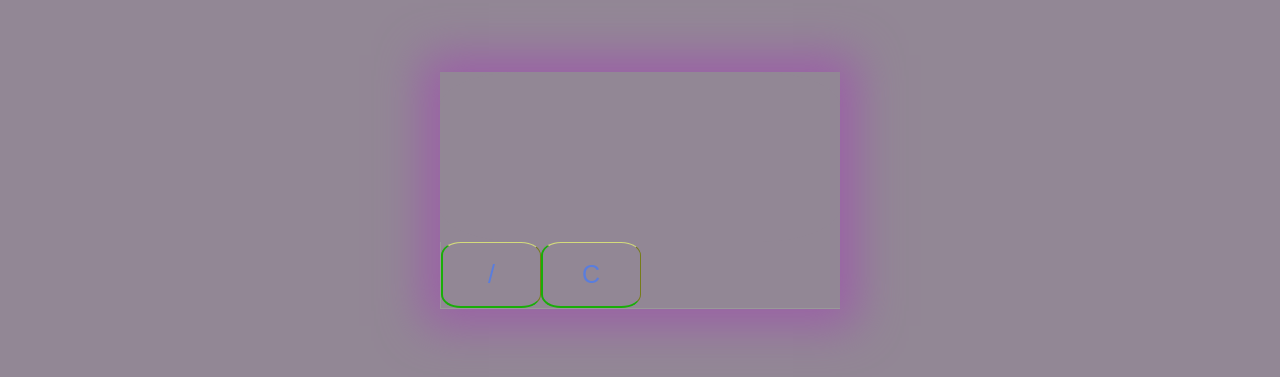
Repository: LuisMiLR/Calculatrice-with-JS---HTML---CSS-
Page: index.html
These files come from the project's save history. The page is drawn as it stood at one moment and after the next save; the edit follows.
The browser window is 1280 px wide. The pictures show the whole page.

Above is the page before, as saved 2023-03-20 21:32:39.
Console error: ReferenceError: bouton3 is not defined

After the next save:
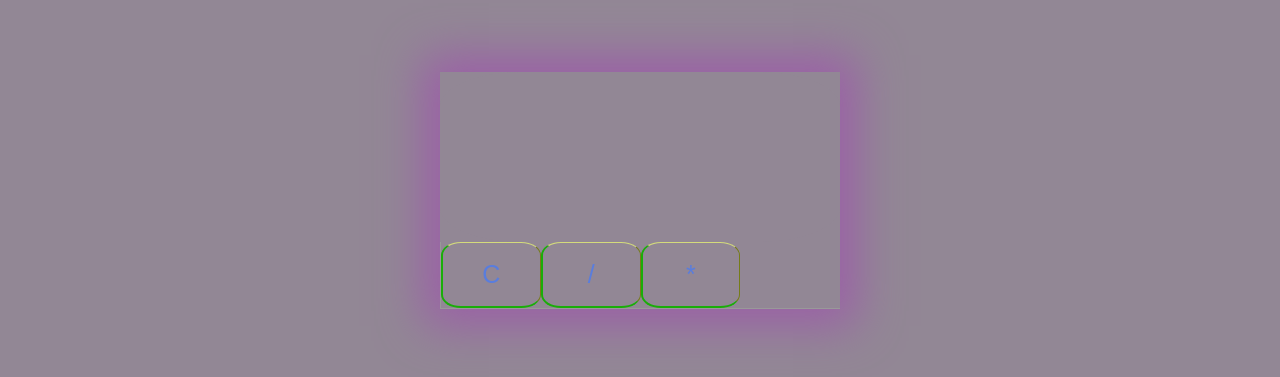
Saved 11 s later.
--- a/app.js
+++ b/app.js
@@ -22,7 +22,7 @@ buttons.appendChild(button1);
 const button2 = document.createElement('div');
 button2.className = "bouton2";
 button2.textContent = "*";
-buttons.appendChild(button);
+buttons.appendChild(button2);
 
 const button3 = document.createElement('div');
 button3.className = "bouton3";
